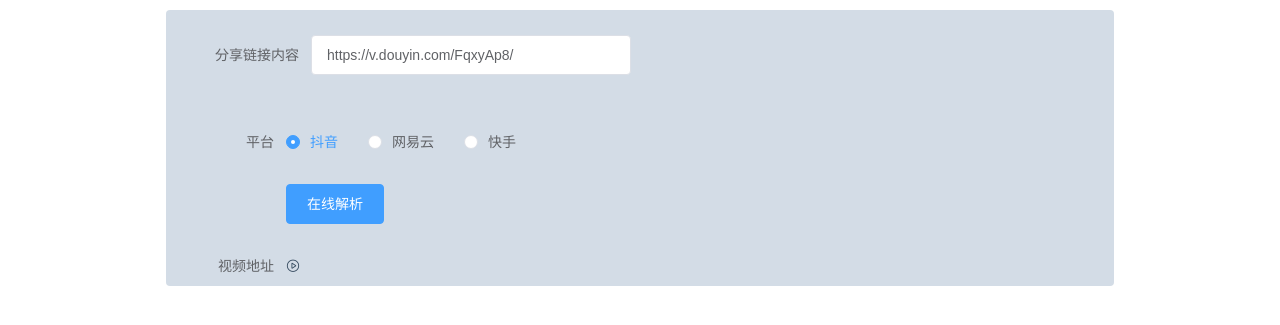
Repository: lyln/freepd
Page: / (app in frontend/freepd/)
The author's editor kept a copy of each file at every save. The page is drawn from the files as they stood at one save, then again after the next save.
The browser window is 1280 px wide. The pictures show the whole page.
The project was rebuilt for these pictures with package versions that can differ from the ones it lists, and the page was loaded fresh each time.

Above is the page before, as saved 2022-05-26 09:44:15.

### frontend/freepd/index.html
<!DOCTYPE html>
<html>
  <head>
    <meta charset="utf-8">
    <meta name="viewport" content="width=device-width,initial-scale=1.0">
    <title>freepd</title>
  </head>
  <body>
    <div id="app"></div>
    <!-- built files will be auto injected -->
  </body>
</html>

### frontend/freepd/src/main.js
// The Vue build version to load with the `import` command
// (runtime-only or standalone) has been set in webpack.base.conf with an alias.
import Vue from 'vue'
import App from './App'
import router from './router'
import ElementUI from 'element-ui';
import 'element-ui/lib/theme-chalk/index.css';
import Meta from "vue-meta";

Vue.config.productionTip = false
Vue.use(ElementUI)
Vue.use(Meta);

/* eslint-disable no-new */
new Vue({
  el: '#app',
  router,
  components: { App },
  template: '<App/>'
})

### frontend/freepd/src/App.vue
<template>
	<div id="app">
		<router-view />
	</div>
</template>

<script>
export default {
	name: 'App',
}
</script>

<style>
#app {
	font-family: 'Avenir', Helvetica, Arial, sans-serif;
	-webkit-font-smoothing: antialiased;
	-moz-osx-font-smoothing: grayscale;
	text-align: center;
	/* color: #2c3e50; */
	color: #34495e;
	margin-top: 10px;
	background-color: #fff;
}
</style>

### frontend/freepd/src/components/HelloWorld.vue
<template>
	<el-row type="flex" justify="center">
		<el-col :span="18">
			<div class="grid-content bg-purple">
				<el-form ref="form" :model="form" label-width="120px" class="fpd-form">
					<el-form-item label="分享链接内容" style="padding: 25px;">
						<el-input v-model="form.url"></el-input>
					</el-form-item>
					<el-form-item label="平台" label-width="120px">
						<el-radio-group v-model="form.type">
							<el-radio :label="1">抖音</el-radio>
							<el-radio :label="2">网易云</el-radio>
							<el-radio :label="3">快手</el-radio>
						</el-radio-group>
					</el-form-item>
					<el-form-item>
						<el-button type="primary" @click="onSubmit">在线解析</el-button>
					</el-form-item>
					<el-form-item label="视频地址">
						<i class="el-icon-video-play"></i>
						<el-link :href="data.video.play" target="_blank">{{ data.title }}</el-link>
						<!-- {{data.video.play }} -->
					</el-form-item>
				</el-form>
			</div>
		</el-col>
	</el-row>

</template>
<script>
import axios from 'axios'
export default {
	name: 'HelloWorld',
	data() {
		return {
			msg: 'free parse download',
			form: {
				url: 'https://v.douyin.com/FqxyAp8/',
				type: 1,
			},
			data: {
				video: { play: '' },
				title: '',
			},
		}
	},
	metaInfo: {
		meta: [{ name: 'referrer', content: 'no-referrer' }],
	},
	methods: {
		onSubmit() {
			console.log('submit!')
			axios
				.post('http://127.0.0.1:8000/douyin', { url: this.form.url })
				.then((res) => {
					console.log(res.data)
					this.data = res.data
				})
				.catch((err) => {
					console.log('请求失败', err)
				})
		},
	},
}
</script>

<!-- Add "scoped" attribute to limit CSS to this component only -->
<style scoped>
h1,
h2 {
	font-weight: normal;
}
ul {
	list-style-type: none;
	padding: 0;
}
li {
	display: inline-block;
	margin: 0 10px;
}
a {
	color: #42b983;
}
.el-input {
	width: 320px;
}

.fpd-form {
	text-align: left;
}

.text {
	font-size: 14px;
}

.item {
	padding: 18px 0;
}

.box-card {
	width: 480px;
}

.el-row {
	margin-bottom: 20px;
	&:last-child {
		margin-bottom: 0;
	}
}
.el-col {
	border-radius: 4px;
}
.bg-purple-dark {
	background: #99a9bf;
}
.bg-purple {
	background: #d3dce6;
}
.bg-purple-light {
	background: #e5e9f2;
}
.grid-content {
	border-radius: 4px;
	min-height: 36px;
}
.row-bg {
	padding: 10px 0;
	background-color: #f9fafc;
}
</style>

Loaded but not shown: frontend/freepd/src/router/index.js (common file)

After the next save:
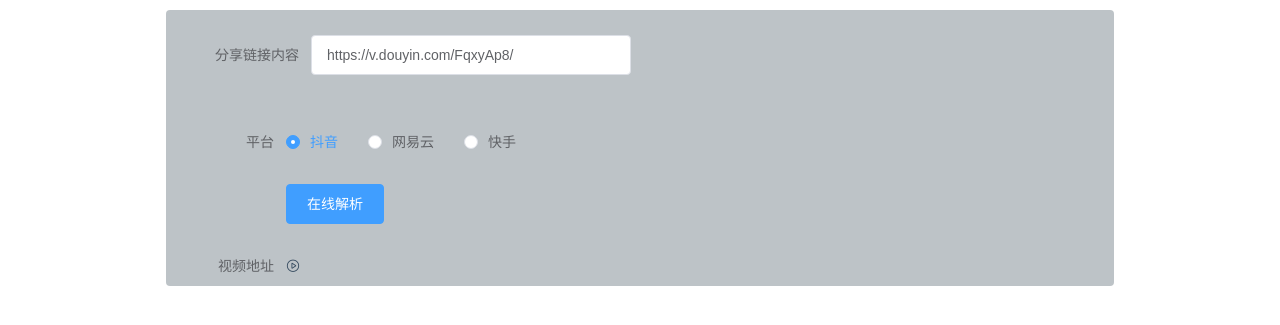
Saved 3 min 48 s later.
--- a/frontend/freepd/src/components/HelloWorld.vue
+++ b/frontend/freepd/src/components/HelloWorld.vue
@@ -114,7 +114,7 @@ a {
 	background: #99a9bf;
 }
 .bg-purple {
-	background: #d3dce6;
+	background-color: #bdc3c7;
 }
 .bg-purple-light {
 	background: #e5e9f2;
